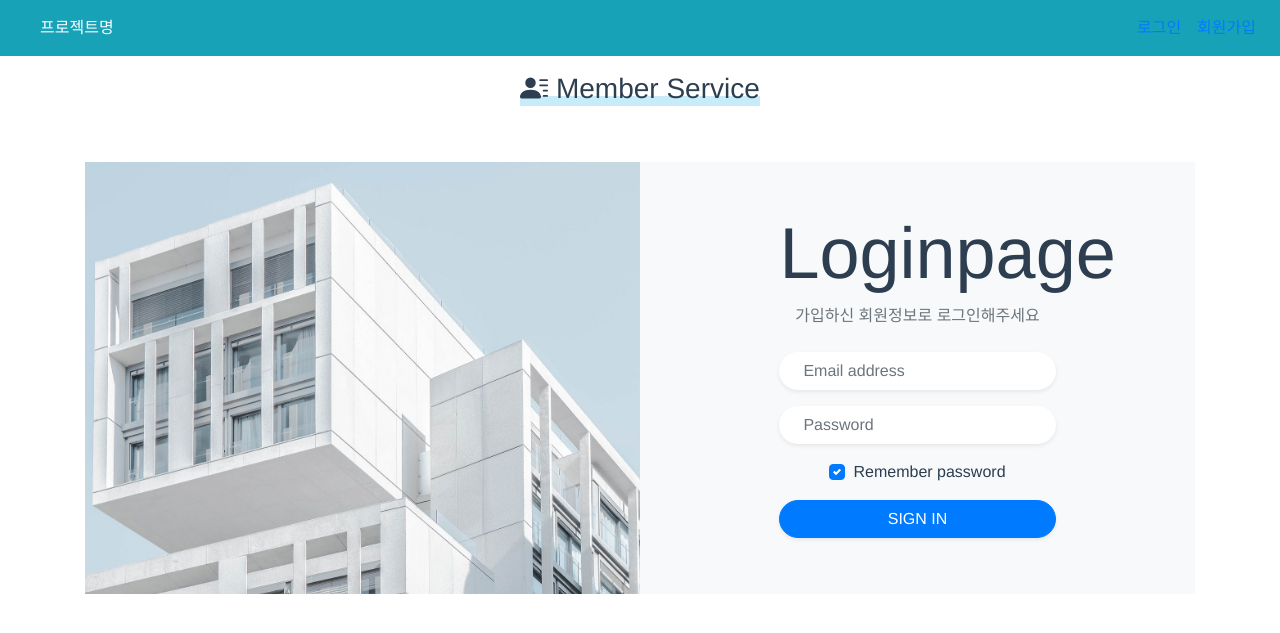
Repository: cheery72/Project_Real_estate
Page: /user/singin (app in frontend/)
The author's editor kept a copy of each file at every save. The page is drawn from the files as they stood at one save, then again after the next save.
The browser window is 1280 px wide. The pictures show the whole page.
The project was rebuilt for these pictures with package versions that can differ from the ones it lists, and the page was loaded fresh each time. Also part of the build but not shown: frontend/vue.config.js, frontend/src/components/user/child/MemberJoinForm.vue, frontend/src/components/user/MemberJoin.vue, frontend/src/components/user/child/MemberInfoForm.vue, frontend/src/components/user/MemberMyPage.vue, frontend/src/components/user/BookMarkListRow.vue, frontend/src/components/user/MemberMyBookmark.vue. Imported but missing from the stored project, and not drawn on this page: frontend/src/views/Home.vue.

Above is the page before, as saved 2021-11-25 11:12:45.

After the next save:
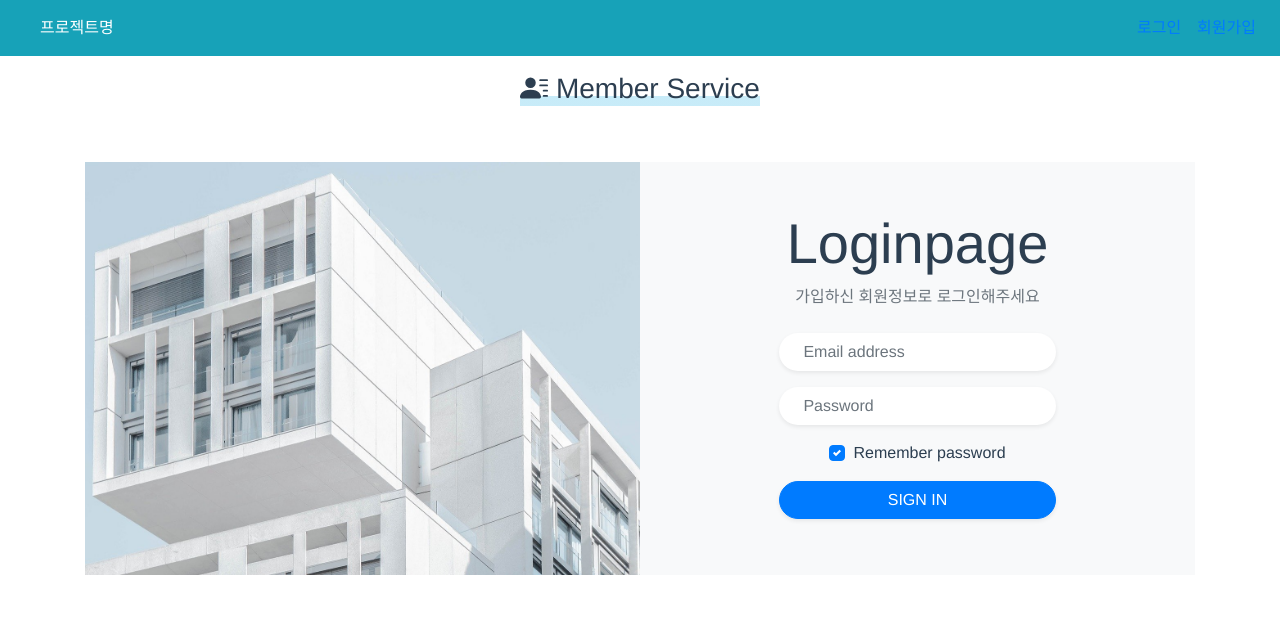
Saved 22 s later.
--- a/frontend/src/components/user/MemberLogin.vue
+++ b/frontend/src/components/user/MemberLogin.vue
@@ -16,7 +16,7 @@
                 <div class="container">
                     <div class="row">
                         <div class="col-lg-10 col-xl-7 mx-auto">
-                            <h2 class="display-3">Loginpage</h2>
+                            <h2 class="display-4">Loginpage</h2>
                             <p class="text-muted mb-4">가입하신 회원정보로 로그인해주세요</p>
                             <form>
                                 <div class="form-group mb-3">
